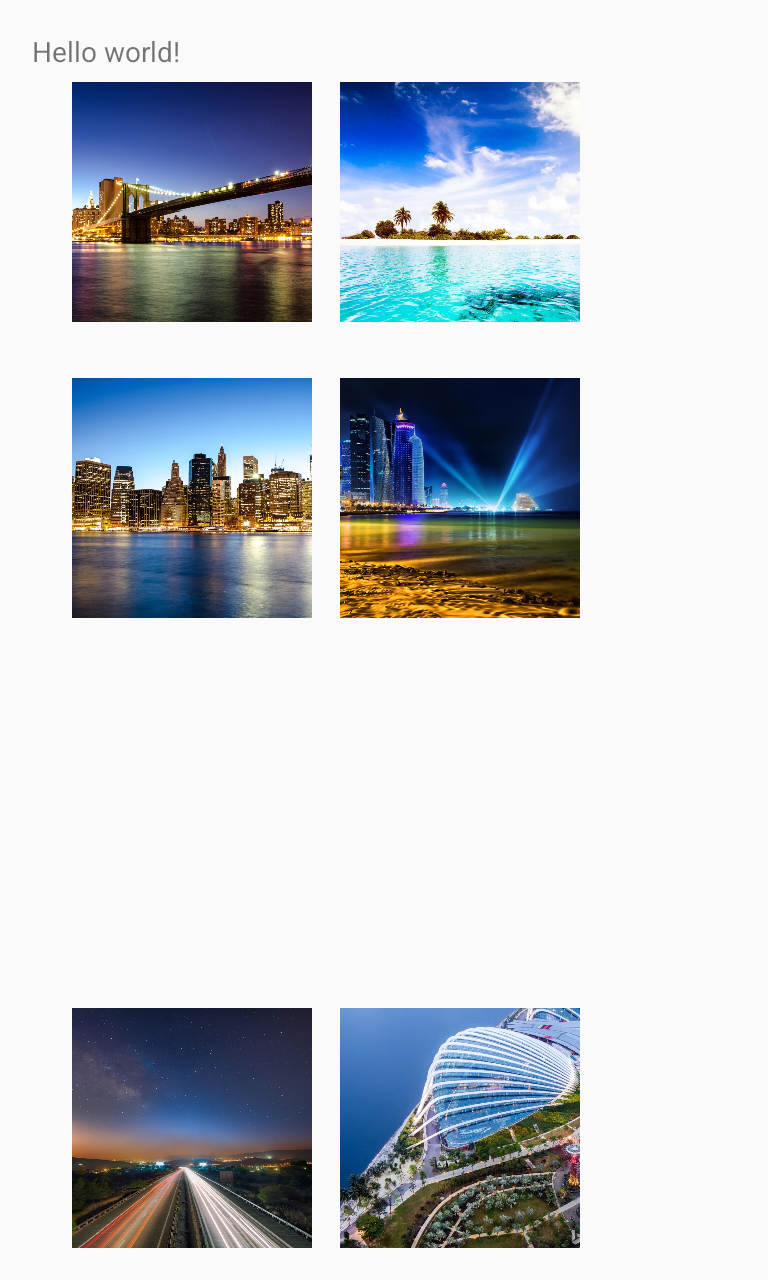
Repository: MarcSelles/nPuzzle10447768
Layout: NPuzzle10447768/res/layout/activity_main.xml
These files come from the project's save history. The layout is drawn as it stood at one moment and after the next save; the edit follows.
It is drawn on a 768 x 1280 px phone screen (xhdpi) without system bars, with theme AppTheme; the app's code is not run.

Above is the layout before, as saved 2014-11-23 13:25:33.

After the next save:
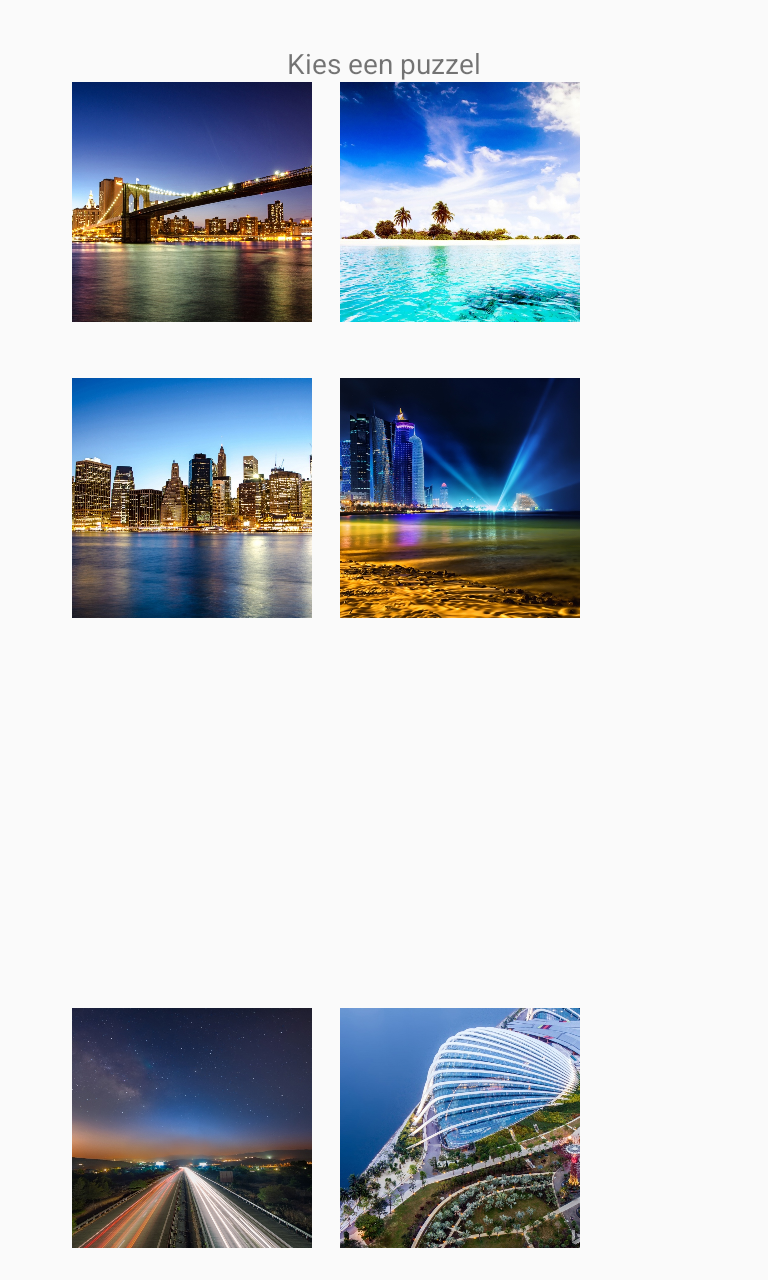
Saved 84 s later.
--- a/NPuzzle10447768/res/layout/activity_main.xml
+++ b/NPuzzle10447768/res/layout/activity_main.xml
@@ -7,11 +7,6 @@
     android:paddingRight="@dimen/activity_horizontal_margin"
     android:paddingTop="@dimen/activity_vertical_margin"
     tools:context="nl.mprog.projects.NPuzzle10447768.MainActivity" >
-
-	<TextView
-        android:layout_width="wrap_content"
-        android:layout_height="wrap_content"
-        android:text="@string/hello_world" />
 
     <ImageView
         android:id="@+id/imageView1"
@@ -71,6 +66,11 @@
         android:scaleType="fitXY"
         android:src="@drawable/singapore_city" />
 
-
+    <TextView
+        android:layout_width="wrap_content"
+        android:layout_height="wrap_content"
+        android:layout_above="@+id/imageView2"
+        android:layout_centerHorizontal="true"
+        android:text="@string/choose_image" />
 
 </RelativeLayout>
